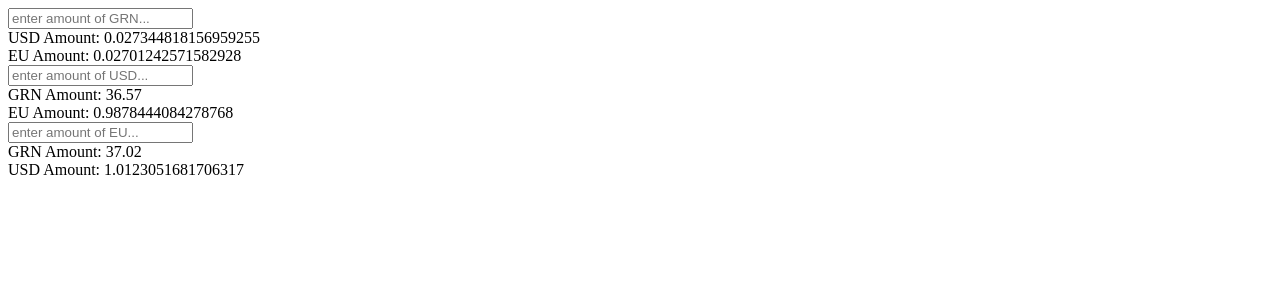
Repository: rutsguifd/mkr-test
Page: /
These files come from the project's save history. The page is drawn as it stood at one moment and after the next save; the edit follows.
The browser window is 1280 px wide. The pictures show the whole page.
The project was rebuilt for these pictures with package versions that can differ from the ones it lists, and the page was loaded fresh each time.

Above is the page before, as saved 2022-11-10 21:06:25.

After the next save:
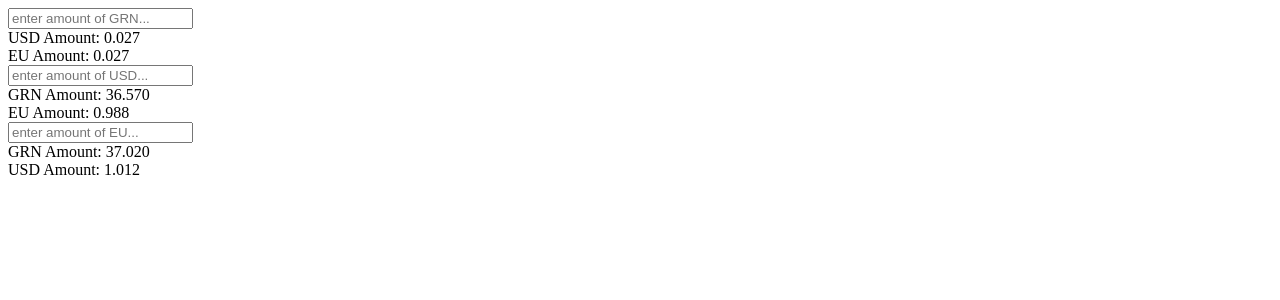
Saved 4 min 0 s later.
--- a/src/components/CurrencyExchanger.jsx
+++ b/src/components/CurrencyExchanger.jsx
@@ -13,24 +13,26 @@ const CurrencyExchanger = () => {
           onChange={(e) => setGrivnyaAmount(e.target.value)}
           placeholder="enter amount of GRN..."
         />
-        <div>USD Amount: {grivnyaAmount / USDPrice}</div>
-        <div>EU Amount: {grivnyaAmount / euroPrice}</div>
+        <div>USD Amount: {(grivnyaAmount / USDPrice).toFixed(3)}</div>
+        <div>EU Amount: {(grivnyaAmount / euroPrice).toFixed(3)}</div>
       </div>
       <div>
         <input
           onChange={(e) => setUSDAmount(e.target.value)}
           placeholder="enter amount of USD..."
         />
-        <div>GRN Amount: {USDAmount * USDPrice}</div>
-        <div>EU Amount: {(USDAmount * USDPrice) / euroPrice}</div>
+        <div>GRN Amount: {(USDAmount * USDPrice).toFixed(3)}</div>
+        <div>EU Amount: {((USDAmount * USDPrice) / euroPrice).toFixed(3)}</div>
       </div>
       <div>
         <input
           onChange={(e) => setEuroAmount(e.target.value)}
           placeholder="enter amount of EU..."
         />
-        <div>GRN Amount: {euroAmount * euroPrice}</div>
-        <div>USD Amount: {(euroAmount * euroPrice) / USDPrice}</div>
+        <div>GRN Amount: {(euroAmount * euroPrice).toFixed(3)}</div>
+        <div>
+          USD Amount: {((euroAmount * euroPrice) / USDPrice).toFixed(3)}
+        </div>
       </div>
     </>
   );
